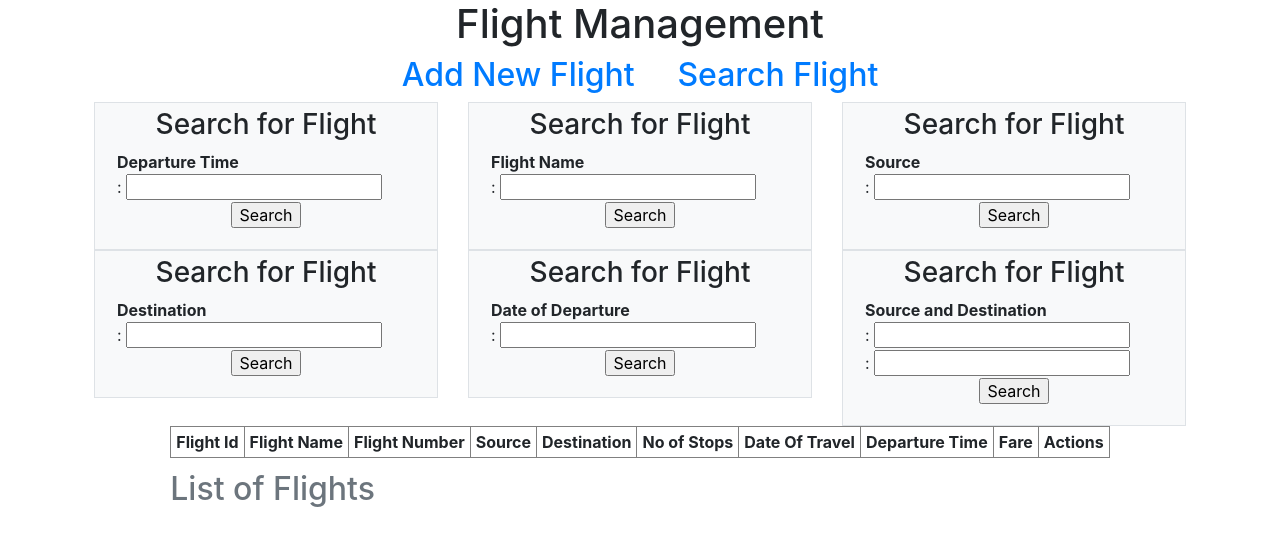
Repository: pawankas/Java_Mini_Project
Page: http://localhost/AirlineReservation/list
These files come from the project's save history. The page is drawn as it stood at one moment and after the next save; the edit follows.
The browser window is 1280 px wide. The pictures show the whole page.
The page is served by Tomcat 9. Other server files are loaded and not shown. Queries for data that is not in the repository find no rows.

Above is the page before, as saved 2022-03-18 08:28:47.

### AirlineReservation/WebContent/FlightList.jsp
<%@ page language="java" contentType="text/html; charset=UTF-8"
	pageEncoding="UTF-8"%>
<%@ taglib uri="http://java.sun.com/jsp/jstl/core" prefix="c"%>
<html>
<head>
<title>Flight Reservation System</title>


<link rel="stylesheet"
	href="https://maxcdn.bootstrapcdn.com/bootstrap/4.5.2/css/bootstrap.min.css">
<script
	src="https://ajax.googleapis.com/ajax/libs/jquery/3.5.1/jquery.min.js"></script>
<script
	src="https://cdnjs.cloudflare.com/ajax/libs/popper.js/1.16.0/umd/popper.min.js"></script>
<script
	src="https://maxcdn.bootstrapcdn.com/bootstrap/4.5.2/js/bootstrap.min.js"></script>
</head>
<body>
	<center>
		<h1>Flight Management</h1>
		<h2>
			<a href="new">Add New Flight</a> &nbsp;&nbsp;&nbsp; <a
				href="search.jsp">Search Flight</a>

		</h2>
	</center>

	<div class="container px-4">
		<div class="row gx-5">
			<div class="col">
				<div class="p-1 border bg-light">
					<form method="post" action="SearchByTime">
						<table border="0" width="300" align="center">
							<tr>
								<td colspan=2 style="font-size: 12pt;" align="center">
									<h3>Search for Flight</h3>
								</td>
							</tr>
							<tr>
								<td><b>Departure Time</b></td>
							</tr>
							<tr>
							<td>: <input type="text" name="time" id="time">
								</td>
							</tr>
							<tr>
								<td colspan=2 align="center"><input type="submit"
									value="Search"></td>
							</tr>
						</table>
					</form>
				</div>
			</div>
			<div class="col">
				<div class="p-1 border bg-light">
					<form method="post" action="SearchByName">
						<table border="0" width="300" align="center">
							<tr>
								<td colspan=2 style="font-size: 12pt;" align="center">
									<h3>Search for Flight</h3>
								</td>
							</tr>
							<tr>
								<tr>
								<td><b>Flight Name</b></td>
							</tr>
								<td>: <input type="text" name="flightName" id="flightName">
								</td>
							</tr>
							<tr>
								<td colspan=2 align="center"><input type="submit"
									value="Search"></td>
							</tr>
						</table>
					</form>
				</div>
			</div>
			<div class="col">
				<div class="p-1 border bg-light">
					<form method="post" action="SearchBySource">
						<table border="0" width="300" align="center">
							<tr>
								<td colspan=2 style="font-size: 12pt;" align="center">
									<h3>Search for Flight</h3>
								</td>
							</tr>
							<tr>
								<tr>
								<td><b>Source</b></td>
							</tr>
								<td>: <input type="text" name="source" id="source">
								</td>
							</tr>
							<tr>
								<td colspan=2 align="center"><input type="submit"
									value="Search"></td>
							</tr>
						</table>
					</form>
				</div>
			</div>

			<div class="col">
				<div class="p-1 border bg-light">
					<form method="post" action="SearchByDestination">
						<table border="0" width="300" align="center">
							<tr>
								<td colspan=2 style="font-size: 12pt;" align="center">
									<h3>Search for Flight</h3>
								</td>
							</tr>
							<tr>
								<tr>
								<td><b>Destination</b></td>
							</tr>
								<td>: <input type="text" name="destination" id="destination">
								</td>
							</tr>
							<tr>
								<td colspan=2 align="center"><input type="submit"
									value="Search"></td>
							</tr>
						</table>
					</form>
				</div>
			</div>

			<div class="col">
				<div class="p-1 border bg-light">
					<form method="post" action="SearchByDate">
						<table border="0" width="300" align="center">
							<tr>
								<td colspan=2 style="font-size: 12pt;" align="center">
									<h3>Search for Flight</h3>
								</td>
							</tr>
							<tr>
								<tr>
								<td><b>Date of Departure</b></td>
							</tr>
								<td>: <input type="text" name="date" id="date">
								</td>
							</tr>
							<tr>
								<td colspan=2 align="center"><input type="submit"
									value="Search"></td>
							</tr>
						</table>
					</form>
				</div>
			</div>

			<div class="col">
				<div class="p-1 border bg-light">
					<form method="post" action="SearchBySourceAndDestination">
						<table border="0" width="300" align="center">
							<tr>
								<td colspan=2 style="font-size: 12pt;" align="center">
									<h3>Search for Flight</h3>
								</td>
							</tr>
							<tr>
								<tr>
								<td><b>Source and Destination</b></td>
							</tr>
								<td>: <input type="text" name="source" id="source">
								</td>
							</tr>
							</tr>
								<td>: <input type="text" name="destination" id="destination">
								</td>
							</tr>
							<tr>
								<td colspan=2 align="center"><input type="submit"
									value="Search"></td>
							</tr>
						</table>
					</form>
				</div>
			</div>

		</div>
	</div>







	<div align="center">
		<table border="1" cellpadding="5">
			<caption>
				<h2>List of Flights</h2>
			</caption>
			<tr>
				<th>Flight Id</th>
				<th>Flight Name</th>
				<th>Flight Number</th>
				<th>Source</th>
				<th>Destination</th>
				<th>No of Stops</th>
				<th>Date Of Travel</th>
				<th>Departure Time</th>
				<th>Fare</th>
				<th>Actions</th>
			</tr>
			<c:forEach var="flight" items="${FlightList}">

				<tr>
					<td><c:out value="${flight.flightId}" /></td>
					<td><c:out value="${flight.flightName}" /></td>
					<td><c:out value="${flight.flightNumber}" /></td>
					<td><c:out value="${flight.source}" /></td>
					<td><c:out value="${flight.destination}" /></td>
					<td><c:out value="${flight.noOfStops}" /></td>
					<td><c:out value="${flight.date}" /></td>
					<td><c:out value="${flight.time}" /></td>
					<td><c:out value="${flight.price}" /></td>
					<td><a
						href="edit?flightId=<c:out value='${flight.flightId}' />">Edit</a>
						&nbsp;&nbsp;&nbsp;&nbsp; <a
						href="delete?flightId=<c:out value='${flight.flightId}' />">Delete</a>
					</td>
				</tr>
			</c:forEach>

		</table>
	</div>
</body>
</html>

### AirlineReservation/src/com/cybage/controller/FlightControllerServlet.java
package com.cybage.controller;

import java.io.IOException;
import java.io.PrintWriter;
import java.sql.Connection;
import java.sql.DriverManager;
import java.sql.ResultSet;
import java.sql.SQLException;
import java.sql.Statement;
import java.text.SimpleDateFormat;
import java.util.ArrayList;
import java.util.Date;
import java.util.List;

import javax.servlet.RequestDispatcher;
import javax.servlet.ServletException;
import javax.servlet.annotation.WebServlet;
import javax.servlet.http.HttpServlet;
import javax.servlet.http.HttpServletRequest;
import javax.servlet.http.HttpServletResponse;

import com.cybage.dao.FlightDao;
import com.cybage.model.Flight;

@WebServlet("/")
public class FlightControllerServlet extends HttpServlet {
	private static final long serialVersionUID = 1L;
	private FlightDao flightDao;

	public void init() {
		flightDao = new FlightDao();
	}

	protected void doPost(HttpServletRequest request, HttpServletResponse response)
			throws ServletException, IOException {
		doGet(request, response);
	}

	protected void doGet(HttpServletRequest request, HttpServletResponse response)
			throws ServletException, IOException {
		String action = request.getServletPath();

		try {
			switch (action) {
			case "/new":
				showNewForm(request, response);
				break;
			case "/insert":
				insertFlight(request, response);
				break;
			case "/delete":
				deleteFlight(request, response);
				break;
			case "/edit":
				showEditForm(request, response);
				break;
			case "/update":
				updateFlight(request, response);
				break;
			case "/uflist":
				userFlightList(request, response);
				break;
			case "/SearchByTime":
				searchFlightByDepartureTime(request, response);
				break;
			case "/SearchByName":
				searchFlightByFlightName(request, response);
				break;
//			case "/SearchBySource":
//				searchFlightBySource(request, response);
//				break;
//			case "/SearchByDestination":
//				searchFlightByDestination(request, response);
//				break;
			case "/SearchByDate":
				searchFlightByDate(request, response);
				break;
			case "/SearchBySourceAndDestination":
				searchFlightBySourceAndDestination(request, response);
				break;
			default:
				FlightList(request, response);
				break;
			}
		} catch (SQLException ex) {
			throw new ServletException(ex);
		}
	}

	private void FlightList(HttpServletRequest request, HttpServletResponse response)
			throws SQLException, IOException, ServletException {
		List<Flight> FlightList = flightDao.selectAllFlights();
		request.setAttribute("FlightList", FlightList);
		RequestDispatcher dispatcher = request.getRequestDispatcher("FlightList.jsp");
		dispatcher.forward(request, response);
	}

	private void userFlightList(HttpServletRequest request, HttpServletResponse response)
			throws SQLException, IOException, ServletException {
		List<Flight> FlightList = flightDao.selectAllFlights();
		request.setAttribute("FlightList", FlightList);
		RequestDispatcher dispatcher = request.getRequestDispatcher("userHome.jsp");
		dispatcher.forward(request, response);
	}

	private void showNewForm(HttpServletRequest request, HttpServletResponse response)
			throws ServletException, IOException {
		RequestDispatcher dispatcher = request.getRequestDispatcher("FlightForm.jsp");
		dispatcher.forward(request, response);
	}

	private void showEditForm(HttpServletRequest request, HttpServletResponse response)
			throws SQLException, ServletException, IOException {
		int flightId = Integer.parseInt(request.getParameter("flightId"));
		Flight existingFlight = flightDao.selectFlight(flightId);
		RequestDispatcher dispatcher = request.getRequestDispatcher("UpdateForm.jsp");
		request.setAttribute("flight", existingFlight);
		dispatcher.forward(request, response);

	}

	private void insertFlight(HttpServletRequest request, HttpServletResponse response)
			throws SQLException, IOException {
		String flightName = request.getParameter("flightName");
		String flightNumber = request.getParameter("flightNumber");
		String source = request.getParameter("source");
		String destination = request.getParameter("destination");
		String noOfStops = request.getParameter("noOfStops");
		String date = request.getParameter("date");
		String time = request.getParameter("time");
		double price = Double.parseDouble(request.getParameter("price"));
		Flight newFlight = new Flight(flightName, flightNumber, source, destination, noOfStops, date, time, price);
		flightDao.insertFlight(newFlight);
		response.sendRedirect("list");
	}

	private void updateFlight(HttpServletRequest request, HttpServletResponse response)
			throws IOException, SQLException {
		int flightId = Integer.parseInt(request.getParameter("flightId"));
		String flightName = request.getParameter("flightName");
		String flightNumber = request.getParameter("flightNumber");
		String source = request.getParameter("source");
		String destination = request.getParameter("destination");
		String noOfStops = request.getParameter("noOfStops");
		String date = request.getParameter("date");
		String time = request.getParameter("time");
		double price = Double.parseDouble(request.getParameter("price"));

		Flight flight = new Flight(flightId, flightName, flightNumber, source, destination, noOfStops, date, time,
				price);
		flightDao.updateFlight(flight);

		response.sendRedirect("list");
	}

	public void searchFlightByDepartureTime(HttpServletRequest request, HttpServletResponse response) throws IOException, ServletException {
		response.setContentType("text/html");
			PrintWriter out = response.getWriter();
			String time = request.getParameter("time");
			List<Flight> flightList = flightDao.searchFlightByDepartureTime(time);
			request.setAttribute("flightList", flightList);
			RequestDispatcher view = request.getRequestDispatcher("SearchView.jsp");
			view.forward(request, response);
	}

//	public void searchFlightBySource(HttpServletRequest request, HttpServletResponse response) throws IOException, ServletException {
//		response.setContentType("text/html");
//			PrintWriter out = response.getWriter();
//			String source = request.getParameter("source");
//			List<Flight> flightList = flightDao.searchFlightBySource(source);
//			request.setAttribute("flightList", flightList);
//			RequestDispatcher view = request.getRequestDispatcher("SearchView.jsp");
//			view.forward(request, response);
//	}

//	public void searchFlightByDestination(HttpServletRequest request, HttpServletResponse response) throws IOException, ServletException {
//		response.setContentType("text/html");
//			PrintWriter out = response.getWriter();
//			String destination = request.getParameter("destination");
//			List<Flight> flightList = flightDao.searchFlightByDestination(destination);
//			request.setAttribute("flightList", flightList);
//			RequestDispatcher view = request.getRequestDispatcher("SearchView.jsp");
//			view.forward(request, response);
//	}

	public void searchFlightBySourceAndDestination(HttpServletRequest request, HttpServletResponse response) throws IOException, ServletException {
		response.setContentType("text/html");
			PrintWriter out = response.getWriter();
			String source = request.getParameter("source");
			String destination = request.getParameter("destination");
			List<Flight> flightList = flightDao.searchFlightByDestination(destination);
			request.setAttribute("flightList", flightList);
			RequestDispatcher view = request.getRequestDispatcher("SearchView.jsp");
			view.forward(request, response);
	}

	public void searchFlightByDate(HttpServletRequest request, HttpServletResponse response) throws IOException, ServletException {
		response.setContentType("text/html");
			PrintWriter out = response.getWriter();
			String date = request.getParameter("date");
			List<Flight> flightList = flightDao.searchFlightByDate(date);
			request.setAttribute("flightList", flightList);
			RequestDispatcher view = request.getRequestDispatcher("SearchView.jsp");
			view.forward(request, response);
	}

	public void searchFlightByFlightName(HttpServletRequest request, HttpServletResponse response) throws IOException, ServletException {
		response.setContentType("text/html");
			PrintWriter out = response.getWriter();
			String flightName = request.getParameter("flightName");
			List<Flight> flightList = flightDao.searchFlightByFlightName(flightName);
			request.setAttribute("flightList", flightList);
			RequestDispatcher view = request.getRequestDispatcher("SearchView.jsp");
			view.forward(request, response);
	}

	private void deleteFlight(HttpServletRequest request, HttpServletResponse response)
			throws SQLException, IOException {
		System.out.println(request.getParameter("flightId"));
		try {
			int flightId = Integer.parseInt(request.getParameter("flightId"));
			flightDao.deleteFlight(flightId);

		} catch (NumberFormatException e) {
			// TODO Auto-generated catch block
			e.printStackTrace();
		}
		response.sendRedirect("list");
	}

}

After the next save:
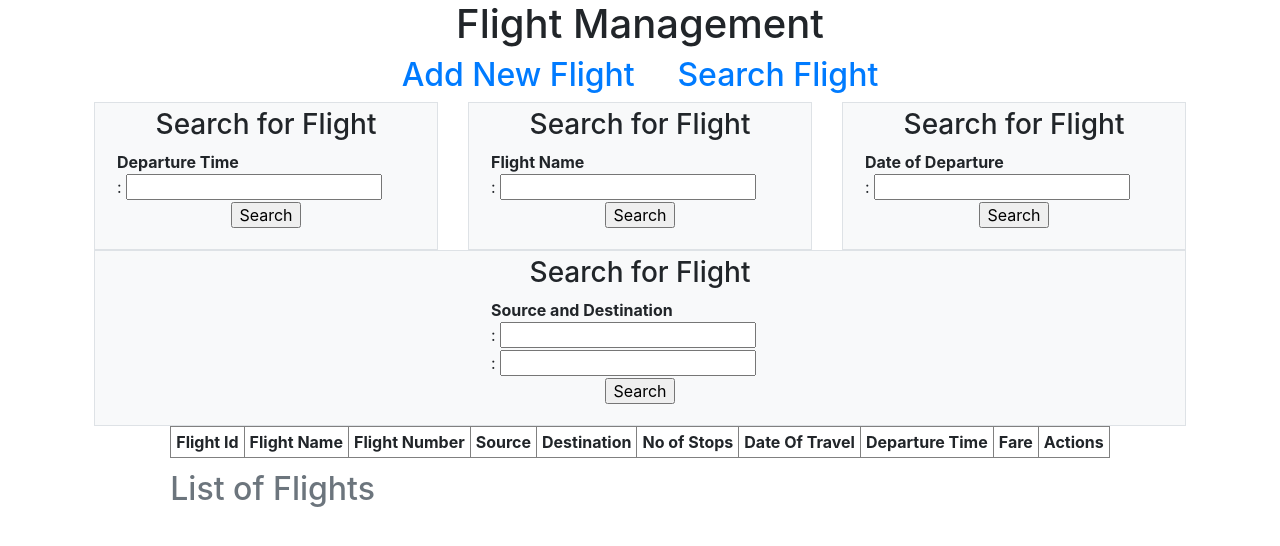
Saved 98 s later.
--- a/AirlineReservation/WebContent/FlightList.jsp
+++ b/AirlineReservation/WebContent/FlightList.jsp
@@ -75,7 +75,7 @@
 					</form>
 				</div>
 			</div>
-			<div class="col">
+	<!-- 		<div class="col">
 				<div class="p-1 border bg-light">
 					<form method="post" action="SearchBySource">
 						<table border="0" width="300" align="center">
@@ -98,9 +98,9 @@
 						</table>
 					</form>
 				</div>
-			</div>
-
-			<div class="col">
+			</div> -->
+
+<!-- 			<div class="col">
 				<div class="p-1 border bg-light">
 					<form method="post" action="SearchByDestination">
 						<table border="0" width="300" align="center">
@@ -123,7 +123,7 @@
 						</table>
 					</form>
 				</div>
-			</div>
+			</div> -->
 
 			<div class="col">
 				<div class="p-1 border bg-light">
